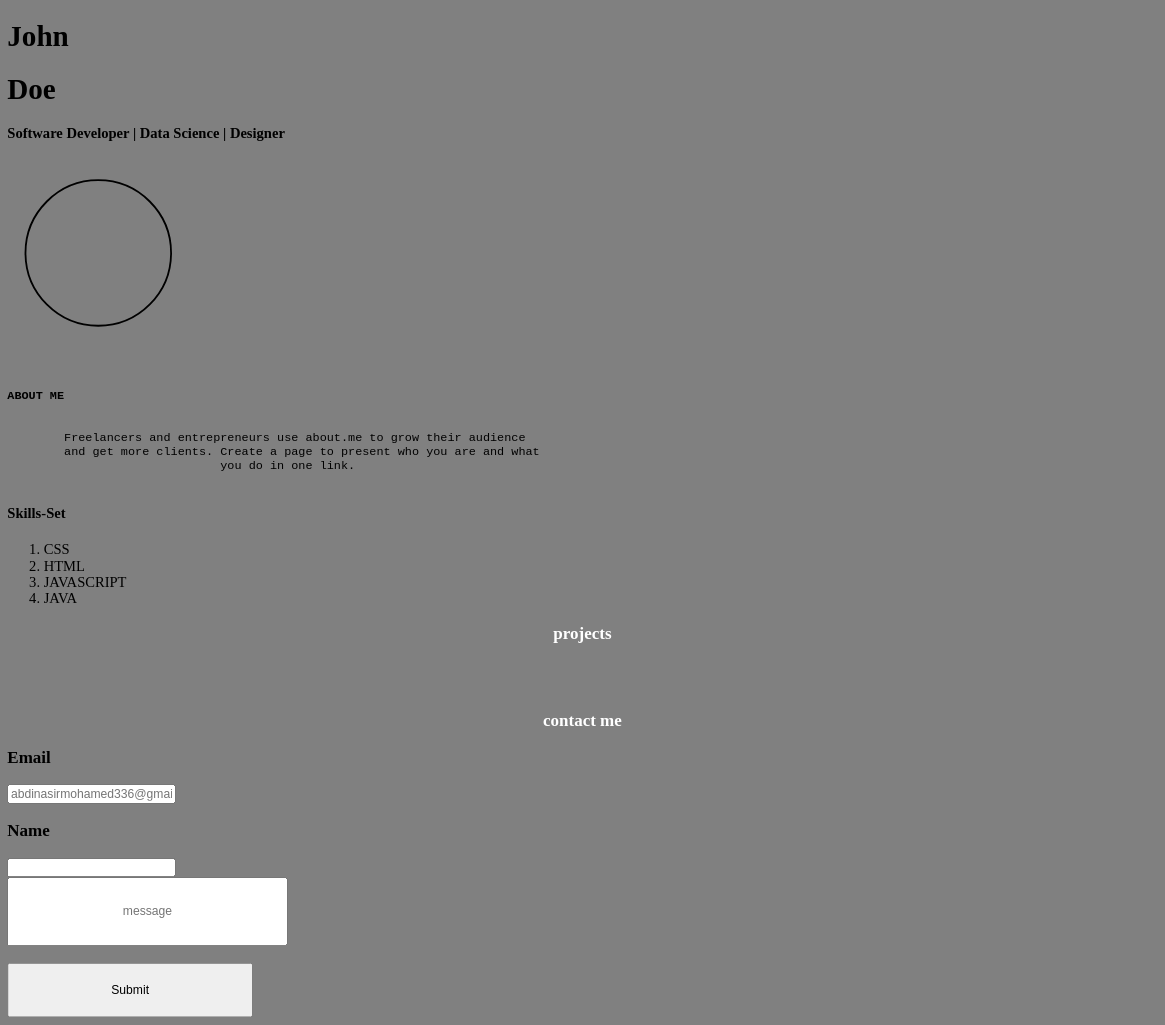
Repository: mrjayajay/week-1-code-challenges
Page: assignment/index.html
These files come from the project's save history. The page is drawn as it stood at one moment and after the next save; the edit follows.
The browser window is 1280 px wide. The pictures show the whole page, at 91% of full size.

Above is the page before, as saved 2024-03-12 11:52:50.

### assignment/index.html
<!DOCTYPE html>
<html lang="en">
<head>
    <meta charset="UTF-8">
    <meta name="viewport" content="width=device-width, initial-scale=1.0">
    <title>ASSIGNMENT</title>
    <link rel="stylesheet" href="style.css">
</head>
<body>
    <h1>John</h1>
    <h1>Doe</H1>
    <div id="sof">
    <h4>Software Developer | Data Science | Designer</h4>
    </div>
     <div id="circ" class="list">
    <svg width="200" height="200">
    <circle cx="100" cy="100" r="80" fill="GREY" stroke="black" stroke-width="2"/></svg>

    </div>
    <div id="brief">
        <pre>
    <h4 id="head">ABOUT ME</h4>
        Freelancers and entrepreneurs use about.me to grow their audience
        and get more clients. Create a page to present who you are and what
                              you do in one link.
    </pre>
    </div>

    <h4>Skills-Set</h4>
    <ol>
        <li>CSS</li>
        <LI>HTML</LI>
        <LI>JAVASCRIPT</LI>
        <LI>JAVA</LI>
    </ol>
    <h3>projects</h3>
    <br>
    <div class="container1">
        <div class="box" id="box1"></div>
        <div class="box" id="box2"></div>
        <div class="box" id="box3"></div>
    </div>
    <br>
    <div class="container2">
    <div  class="box" id="box4"></div>
    <div class="box" id="box5"></div>
    <div class="box" id="box6"></div>
    </div>

    <h3>contact me</h3>

    <form>
        <div id="class">
            <h3 class="zenz">Email</h3>
            <input type="email" placeholder="abdinasirmohamed336@gmail.com" class="zenz">
        </div>
        <div id="class">
            <h3 class="zenz">Name</h3>
            <input type="text" class="zenz">
        </div>
        <div id="class">
            <input type="text" placeholder="message" id="brr" class="zenz">

        </div>
    <br>
    <div id="sub">
        <input type="submit" id="cnn" class="zenz">

    </div>
    </form>
</body>
</html>

### assignment/style.css
*{
    padding:0px
    margin:0px
}
body {
    background-color: grey;
    font-family: 'Times New Roman', Times, serif;
}
#name{
    color: white;
    margin-left: 40px;
}
h3{
    color: white;
    text-align: center;
}
.zenz{color: black;
text-align: left;
}
.frame{
    width:632px;
    height: 1813px;
    background-color: darkgrey;
    margin-left: 700px;
    top: -216px;
    left: -293px;
}
#brr{
    height: 70px;
    width: 300px;
    text-align: center;

}
#cnn{
    height: 60px;
    width: 270px;
    text-align: center;

}

After the next save:
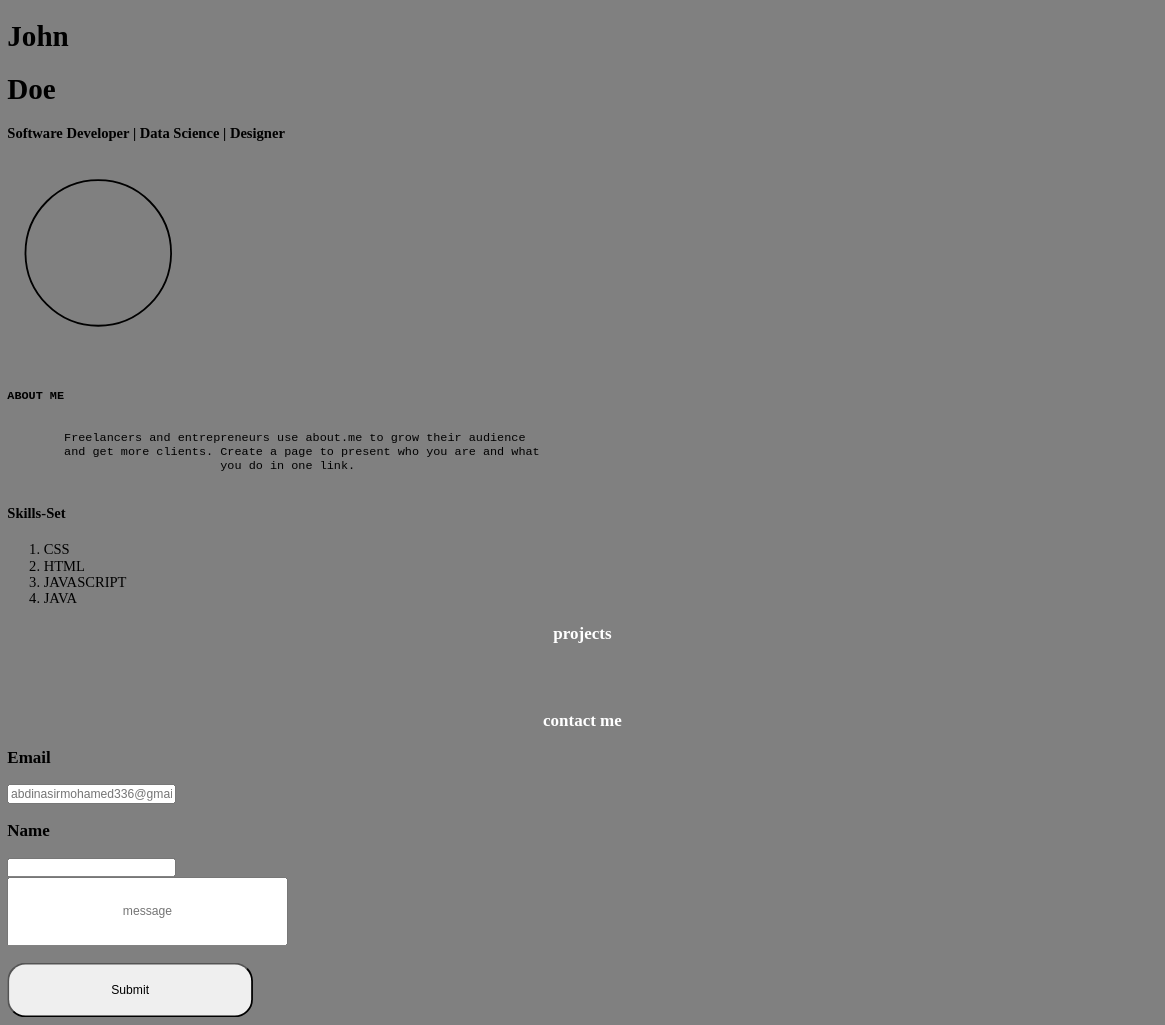
Saved 37 s later.
--- a/assignment/style.css
+++ b/assignment/style.css
@@ -35,5 +35,5 @@ text-align: left;
     height: 60px;
     width: 270px;
     text-align: center;
-
+    border-radius: 20px;
 }
